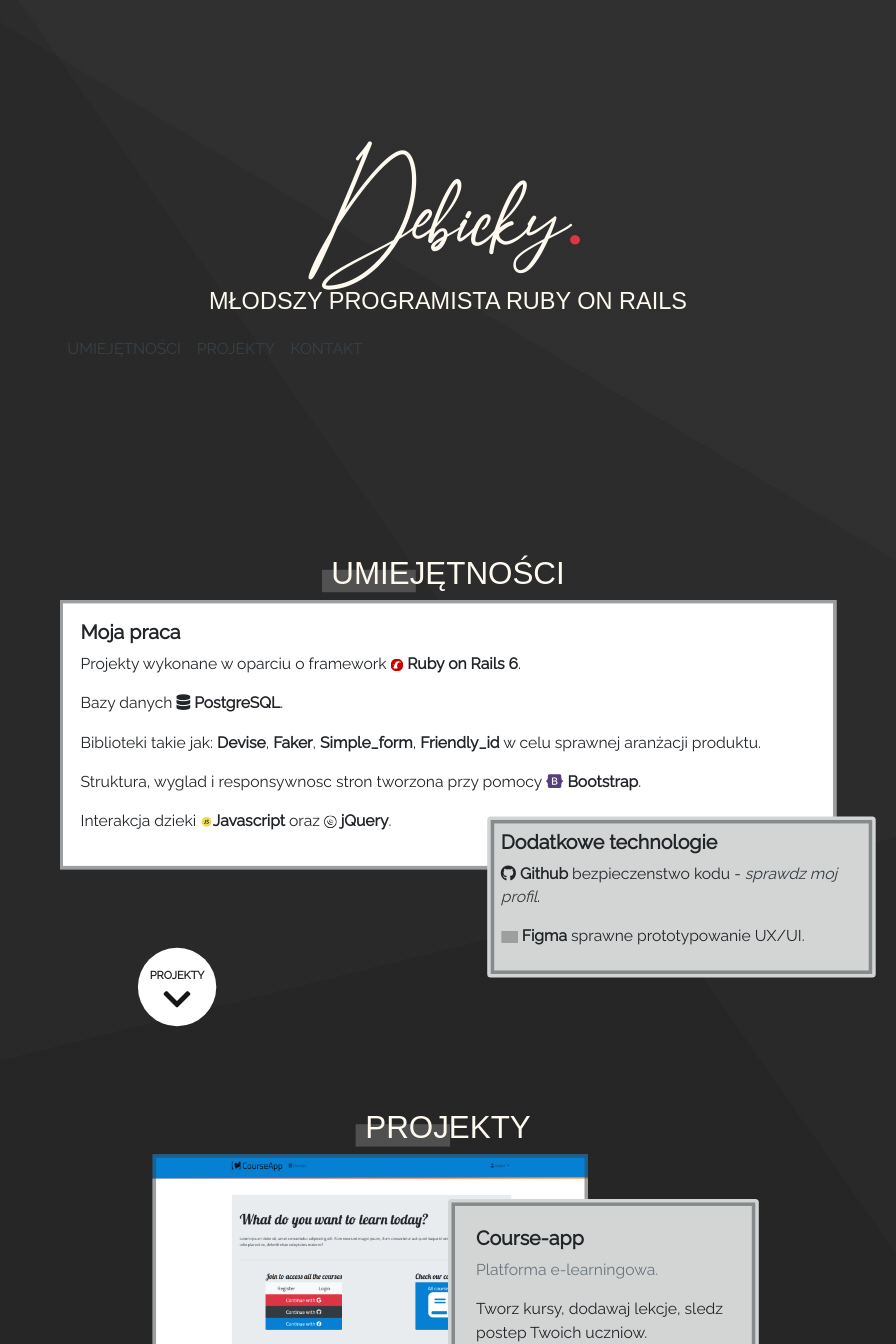
Repository: debicky/debicky.github.io
Page: index.html
An editor plug-in stored every save of this project. The page is shown before and after the next save, followed by the edit.
The browser window is 1280 px wide. The pictures show the part of the page from y = 0 to 1920 px (the page is 4633 px tall), at 70% of full size.
Pictures or frames that could not be fetched are drawn as grey boxes. Some web fonts or font styles are not loaded; a fallback is used. Some web libraries are served in a nearby version.

Above is the page before, as saved 2020-06-16 09:59:48.

After the next save:
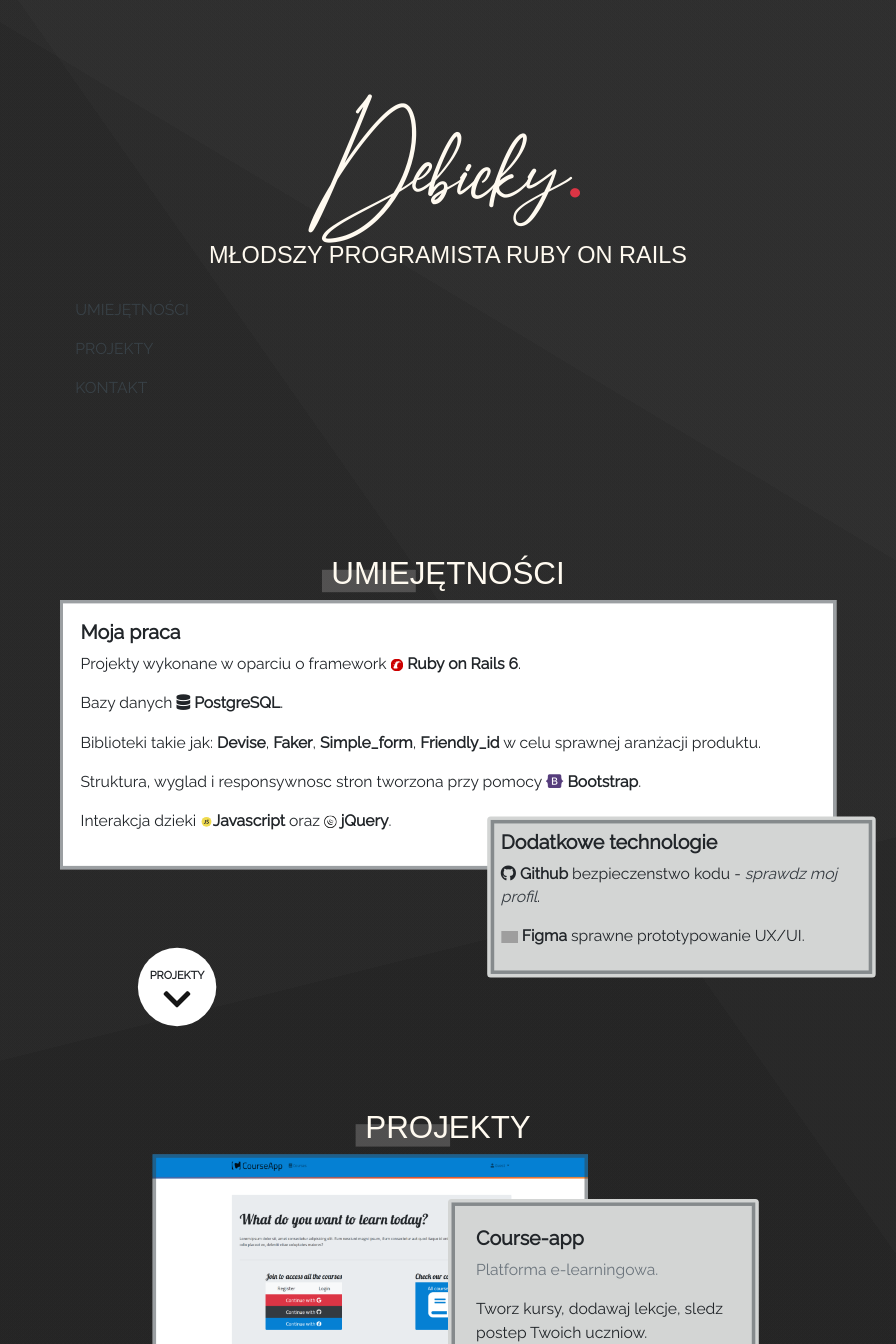
Saved 15 s later.
--- a/index.html
+++ b/index.html
@@ -20,7 +20,7 @@
     </div>
 
     <div class="container">
-      <nav class="navbar navbar-expand-md p-0 rounded" data-aos="fade-in" data-aos-duration="3000">
+      <nav class="navbar" data-aos="fade-in" data-aos-duration="3000">
 
 
           <ul class="navbar-nav">
